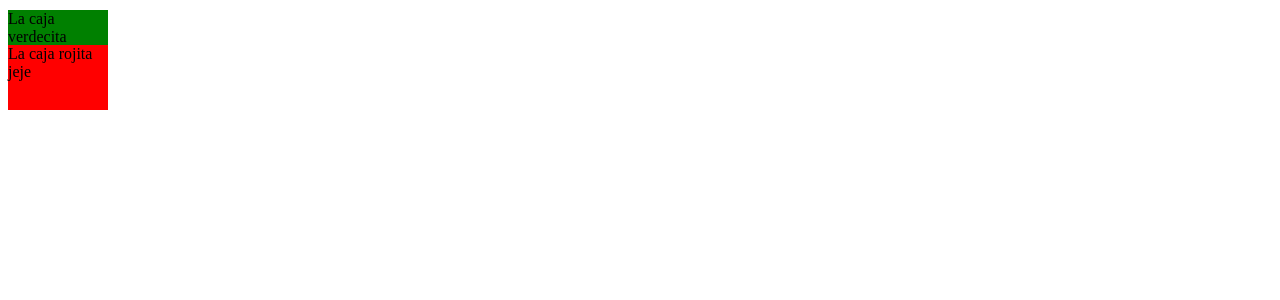
Repository: carrascomcesar/ShopIt
Page: i.html
The author's editor kept a copy of each file at every save. The page is drawn from the files as they stood at one save, then again after a run of saves.
The browser window is 1280 px wide. The pictures show the whole page.

Above is the page before, as saved 2021-03-27 13:24:44.

After the next 2 saves:
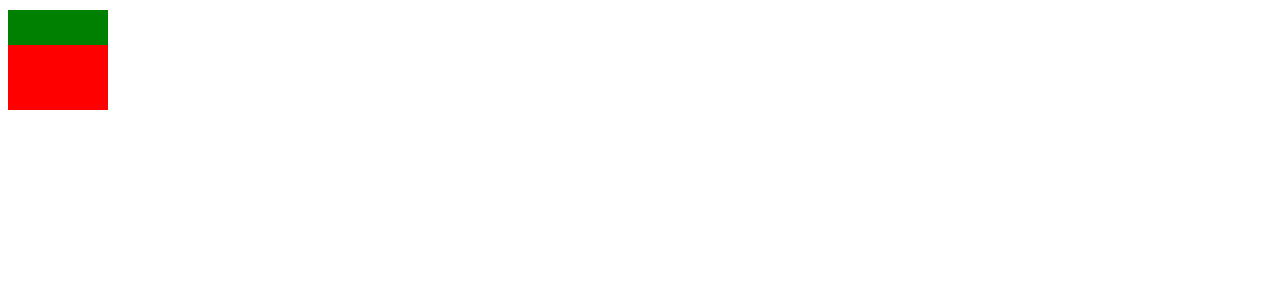
The 2 saves are shown as one change because they came seconds apart.
The last was saved 12 s later.
--- a/i.html
+++ b/i.html
@@ -10,8 +10,8 @@
 <body>
 
         <div id="first">
-        <div id="second">La caja verdecita</div>
-            La caja rojita jeje
+        <div id="second"></div>
+
         </div>
 
 
